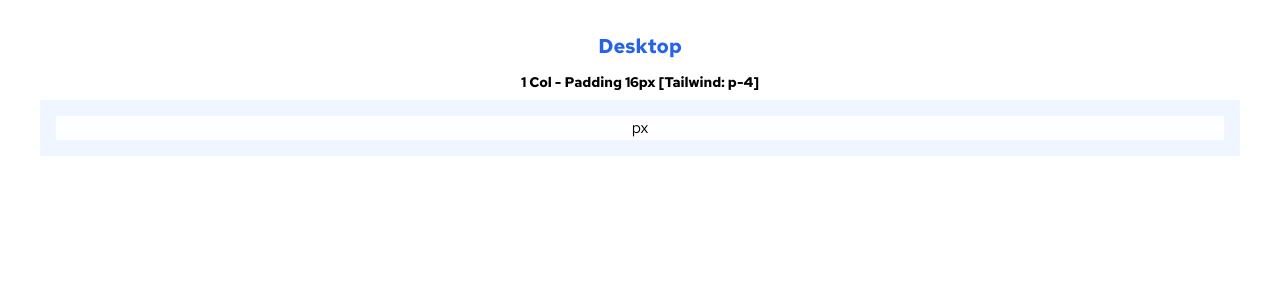
Repository: fabianwurk/vue-tailwind
Page: /
The author's editor kept a copy of each file at every save. The page is drawn from the files as they stood at one save, then again after the next save.
The browser window is 1280 px wide. The pictures show the whole page.
The project was rebuilt for these pictures with package versions that can differ from the ones it lists, and the page was loaded fresh each time. Also part of the build but not shown: vite.config.js.

Above is the page before, as saved 2021-03-17 00:21:41.
Console error: TypeError: this.innerWidth is not a function

### index.html
<!DOCTYPE html>
<html lang="en">
  <head>
    <link rel="preconnect" href="https://fonts.gstatic.com">
<link href="https://fonts.googleapis.com/css2?family=Red+Hat+Text:wght@400;700&display=swap" rel="stylesheet">
    <meta charset="UTF-8" />
    <link rel="icon" href="/favicon.ico" />
    <meta name="viewport" content="width=device-width, initial-scale=1.0" />
    <title>Vite App</title>
  </head>
  <body>
    <div id="app"></div>
    <script type="module" src="/src/main.js"></script>
  </body>
</html>

### src/App.vue
<template>
  <Large />
  <!--<Medium />-->
</template>

<script setup>
import Large from './components/Large.vue';
// import Medium from './components/Medium.vue';

</script>

### src/index.css
/* ./src/index.css */
@tailwind base;

body {
  font-family: 'Red Hat Text', sans-serif;
}
@tailwind components;
@tailwind utilities;

### src/components/Large.vue
<template>
  <div>

    <div class="container mx-auto">
      <h2 class="text-sm font-bold mb-2 mt-8 text-center">
        <span class="block md:hidden lg:hidden text-center text-blue-600 text-xl">Mobile</span>
        <span class="hidden md:block lg:hidden text-center text-blue-600 text-xl">Tablet</span>
        <span class="hidden md:hidden lg:block text-center text-blue-600 text-xl my-3">Desktop</span>
        1 Col - Padding 16px [Tailwind: p-4]
      </h2>
      <div class="flex items-center">
        <div class="w-full bg-blue-50 mb-4 mt-0 py-4 px-4 text-center">
          <span class="bg-white w-full block" ref="boxWidth">{{width}}px</span>
        </div>
      </div>
    </div>

  </div>
</template>

<script>
export default {
  data() {
    return {
      width: null,
    };
  },
  mounted() {
  	this.innerWidth()
  },
  created() {
  window.addEventListener("resize", this.resizeWidthEvent);
  },
  destroyed() {
    window.removeEventListener("resize", this.resizeWidthEvent);
  },
  methods: {
    resizeWidthEvent(e) {
      this.width = this.$refs.boxWidth.clientWidth;
    }
  }
}
</script>

### tailwind.config.js
module.exports = {
  purge: ['./index.html', './src/**/*.{vue,js,ts,jsx,tsx}'],
  darkMode: false, // or 'media' or 'class'
  theme: {
    extend: {
      container: {
        'md': {'max': '768px'},
      },
      screens: {
        'xl': {'min': '1200px', 'max': '1280px'},
        '2xl': {'max': '1280px'},
      },
    },
  },
  variants: {
    extend: {},
  },
  plugins: [],
}

Loaded but not shown: src/main.js (common file)

After the next save:
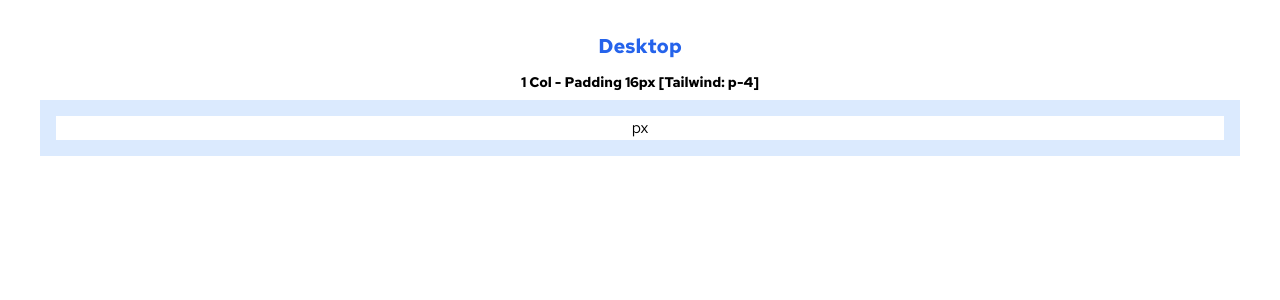
Saved 4 s later.
--- a/src/components/Large.vue
+++ b/src/components/Large.vue
@@ -9,7 +9,7 @@
         1 Col - Padding 16px [Tailwind: p-4]
       </h2>
       <div class="flex items-center">
-        <div class="w-full bg-blue-50 mb-4 mt-0 py-4 px-4 text-center">
+        <div class="w-full bg-blue-100 mb-4 mt-0 py-4 px-4 text-center">
           <span class="bg-white w-full block" ref="boxWidth">{{width}}px</span>
         </div>
       </div>
